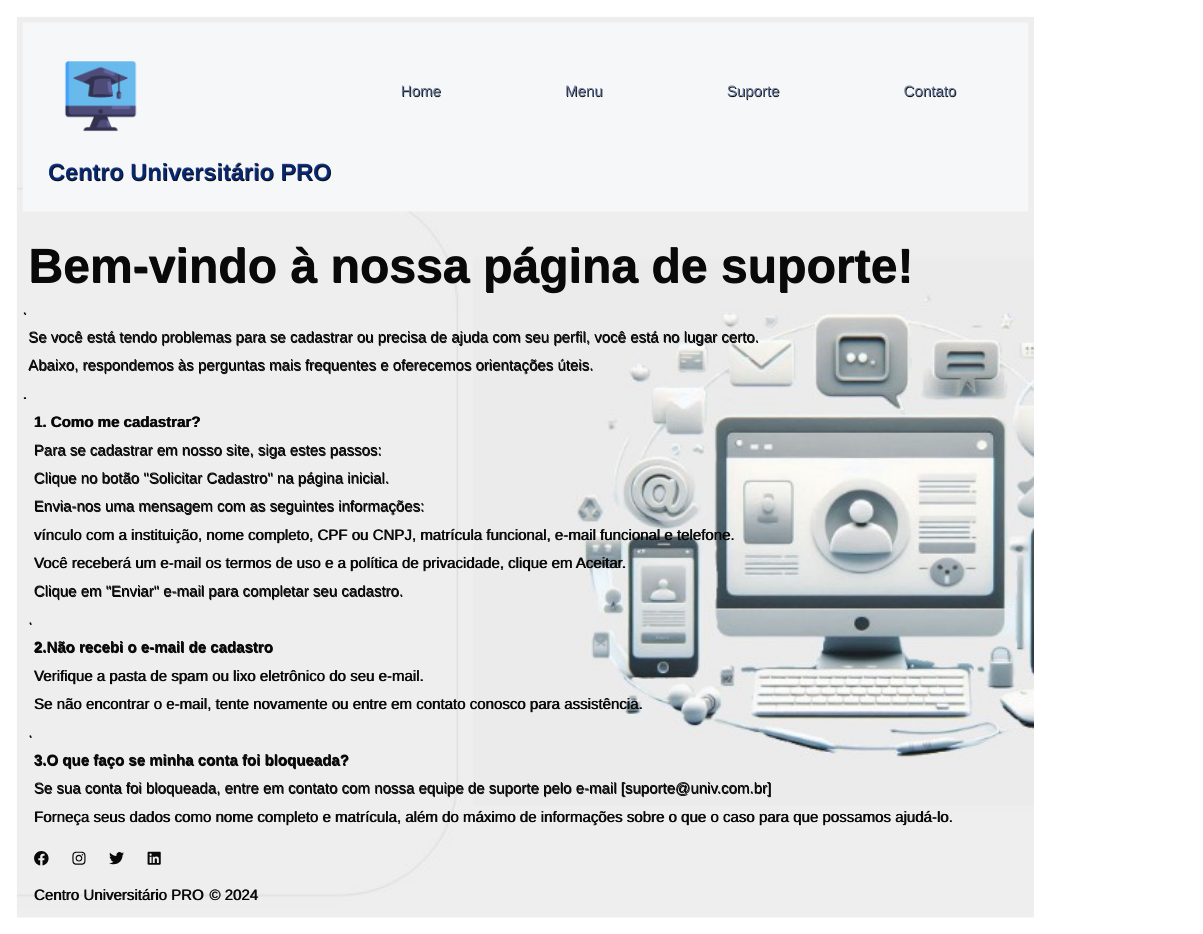
Repository: DanuziaRA/Cadastros-de-Usuarios
Page: /suporte
The author's editor kept a copy of each file at every save. The page is drawn from the files as they stood at one save, then again after a run of saves.
The browser window is 1280 px wide. The pictures show the whole page, at 94% of full size.
The project was rebuilt for these pictures with package versions that can differ from the ones it lists, and the page was loaded fresh each time. Also part of the build but not shown: vite.config.js, src/components/Footer.css, src/router/Contact.jsx, src/router/ErrorPage.jsx, src/router/ContactDetails.jsx, src/router/Login.css, src/router/Login.jsx, src/router/Menu.jsx and 10 more.

Above is the page before, as saved 2024-10-02 16:45:13.

After the next 6 saves:
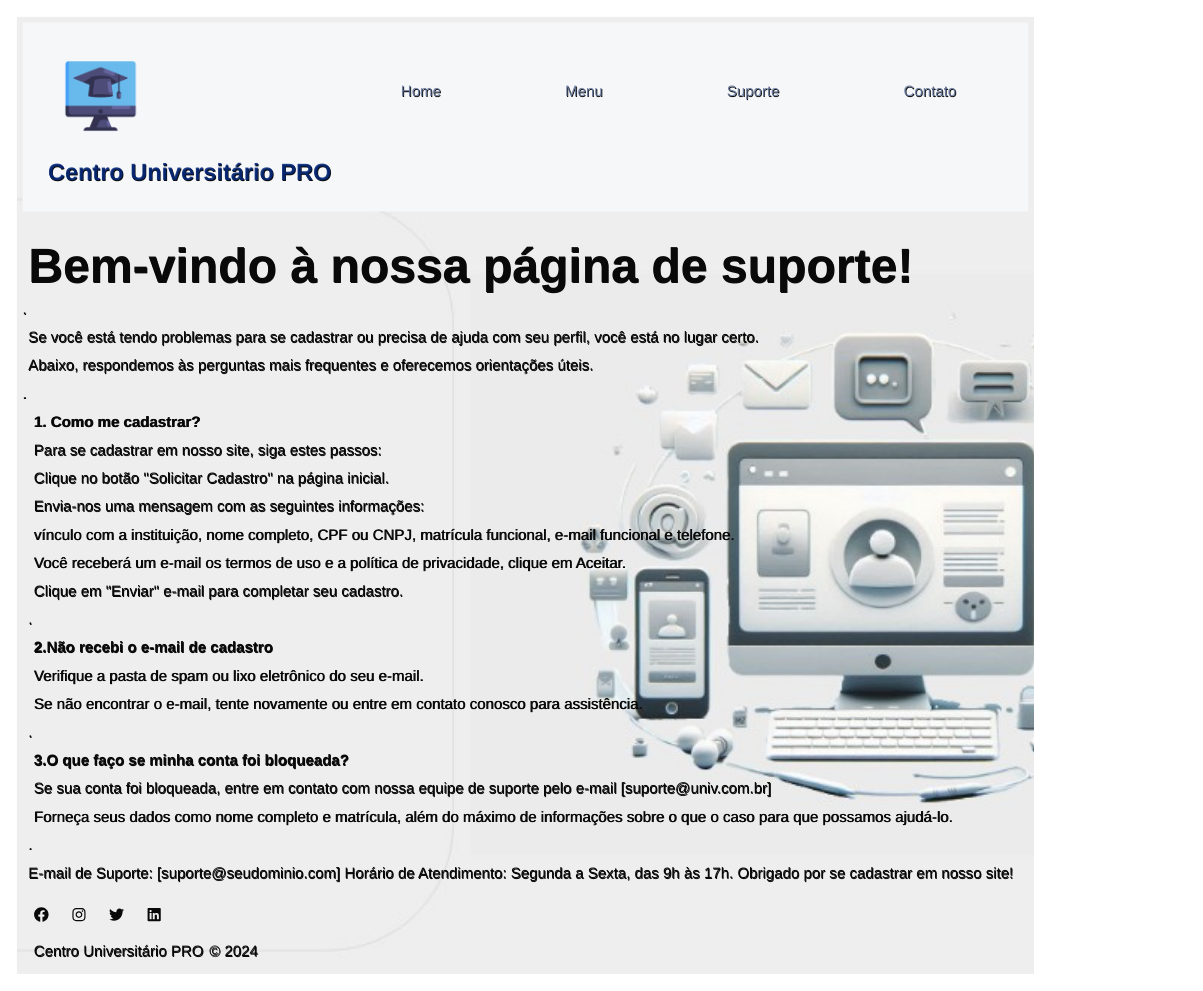
The 6 saves are shown as one change because they came seconds apart.
The last was saved 47 s later.
--- a/src/router/Suporte.jsx
+++ b/src/router/Suporte.jsx
@@ -28,7 +28,14 @@ function Suporte() {
         <div>
         <h4>3.O que faço se minha conta foi bloqueada?</h4>
         <p>Se sua conta foi bloqueada, entre em contato com nossa equipe de suporte pelo e-mail [suporte@univ.com.br]</p>
-        <p>Forneça seus dados como nome completo e matrícula, além do máximo de informações sobre o que o caso para que possamos ajudá-lo.</p>
+        <p>Forneça seus dados como nome completo e matrícula, além do máximo de informações sobre o que o caso para que possamos ajudá-lo.</p>.
+    </div>
+
+    <div>
+    E-mail de Suporte: [suporte@seudominio.com]
+Horário de Atendimento: Segunda a Sexta, das 9h às 17h.
+
+Obrigado por se cadastrar em nosso site!
     </div>
     </div>
     )
